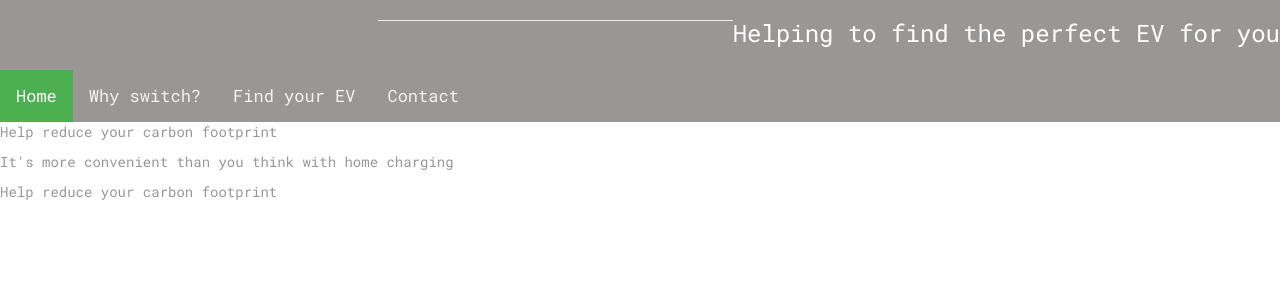
Repository: gnisco/project-2
Page: index.html
The author's editor kept a record of every edit. The page is drawn from the files as they stood at one moment, then again after the next edit.
The browser window is 1280 px wide. The pictures show the whole page.
Some web libraries are served in a nearby version.

Above is the page before.

### index.html
<!DOCTYPE html>
<html lang="en">
<head>
    <link rel="stylesheet" href="https://maxcdn.bootstrapcdn.com/bootstrap/3.3.7/css/bootstrap.min.css" type="text/css" />
    <link rel="stylesheet" href="https://maxcdn.bootstrapcdn.com/font-awesome/4.7.0/css/font-awesome.min.css" type="text/css" />
    <link rel="stylesheet" href="https://cdnjs.cloudflare.com/ajax/libs/hover.css/2.1.1/css/hover-min.css" type="text/css" />
    <link rel="stylesheet" href="assets/css/style.css" type="text/css" />
    <script src="https://ajax.googleapis.com/ajax/libs/jquery/3.2.1/jquery.min.js"></script>
    <script src="assets/js/navbar.js"></script>
    <title>Convert to EV</title>
</head>
<body>
    <header class="container-fluid">
        <div class="col">
            <div class="row bg-color-name-title">
                <div style="clear: both">
                    <h1 class="title" style="float: left">Converting to EV</h1>
                    <h3 class="sub-title" style="float: right">Helping to find the perfect EV for you</h3>
                </div>
                <hr />
            </div>
        </div>
        <div class="row">
            <div class="topnav" id="myTopnav">
                <a href="index.html" class="active">Home</a>
                <a href="why-switch.html">Why switch?</a>
                <a href="#find-your-ev.html">Find your EV</a>
                <a href="#contact.html">Contact</a>
                <a href="javascript:void(0);" class="icon" onclick="myFunction()">
                  <i class="fa fa-bars"></i>
                </a>
            </div>
    </header>
    <section class="container-fluid">
        <div class="row bg-photo">
            <p>Help reduce your carbon footprint</p>
        </div>
        <div class="row bg-photo-1">
            <p>It's more convenient than you think with home charging</p>
        </div>
        <div class="row bg-photo-2">
            <p>Help reduce your carbon footprint</p>
        </div>
    </section>
    <footer>

    </footer>
</body>
</html>

### assets/css/style.css
@import url('https://fonts.googleapis.com/css?family=Roboto+Mono&display=swap');

/*--------------------------------------------navbar*/

/* When the screen is less than 600 pixels wide, hide all links, except for the first one ("Home"). Show the link that contains should open and close the topnav (.icon) */
@media screen and (max-width: 600px) {
  .topnav a:not(:first-child) {display: none;}
  .topnav a.icon {
    float: right;
    display: block;
  }
}

/* The "responsive" class is added to the topnav with JavaScript when the user clicks on the icon. This class makes the topnav look good on small screens (display the links vertically instead of horizontally) */
@media screen and (max-width: 600px) {
  .topnav.responsive {position: relative;}
  .topnav.responsive a.icon {
    position: absolute;
    right: 0;
    top: 0;
  }
  .topnav.responsive a {
    float: none;
    display: block;
    text-align: left;
  }
}

/* Add a black background color to the top navigation */
.topnav {
  background-color: #999696;
  overflow: hidden;
}

/* Style the links inside the navigation bar */
.topnav a {
  float: left;
  display: block;
  color: #f2f2f2;
  text-align: center;
  padding: 14px 16px;
  text-decoration: none;
  font-size: 17px;
}

/* Change the color of links on hover */
.topnav a:hover {
  background-color: #87CEFA;
  color: black;
}

/* Add an active class to highlight the current page */
.topnav a.active {
  background-color: #4CAF50;
  color: white;
}

/* Hide the link that should open and close the topnav on small screens */
.topnav .icon {
  display: none;
}

/*--------------------------------------------Title*/

.bg-color-name-title {
    background-color: #999696;
    color: #fff;
}

.title {
    color: #999696;
    text-align: center;
    font-weight: bold;
    letter-spacing: 2px;
}

.sub-title {
    color: #fff;
    text-align: center;
}


body {
    font-family: Roboto Mono, sans-serif;
    font-weight: 200;
    background-color: #fff;
    color: #999696;
}

.bg-photo {
    background-image:
}

Loaded but not shown: assets/js/navbar.js (common file)

After the next edit:
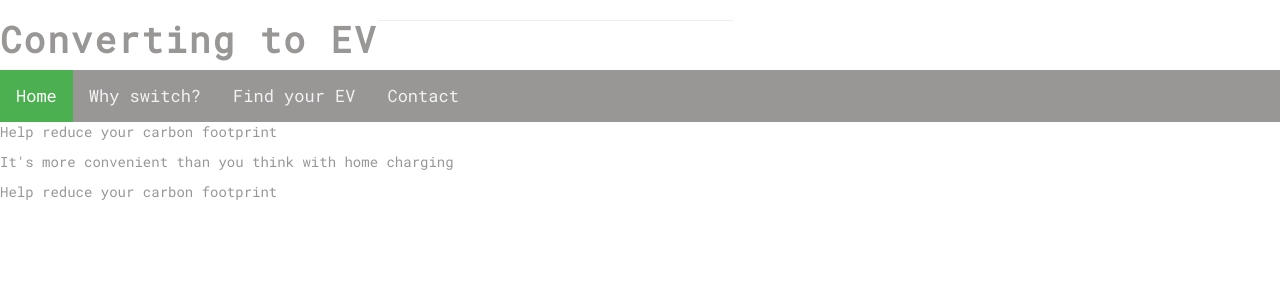
The edit:
--- a/assets/css/style.css
+++ b/assets/css/style.css
@@ -63,7 +63,7 @@
 /*--------------------------------------------Title*/
 
 .bg-color-name-title {
-    background-color: #999696;
+    background-color: #fff;
     color: #fff;
 }
 
